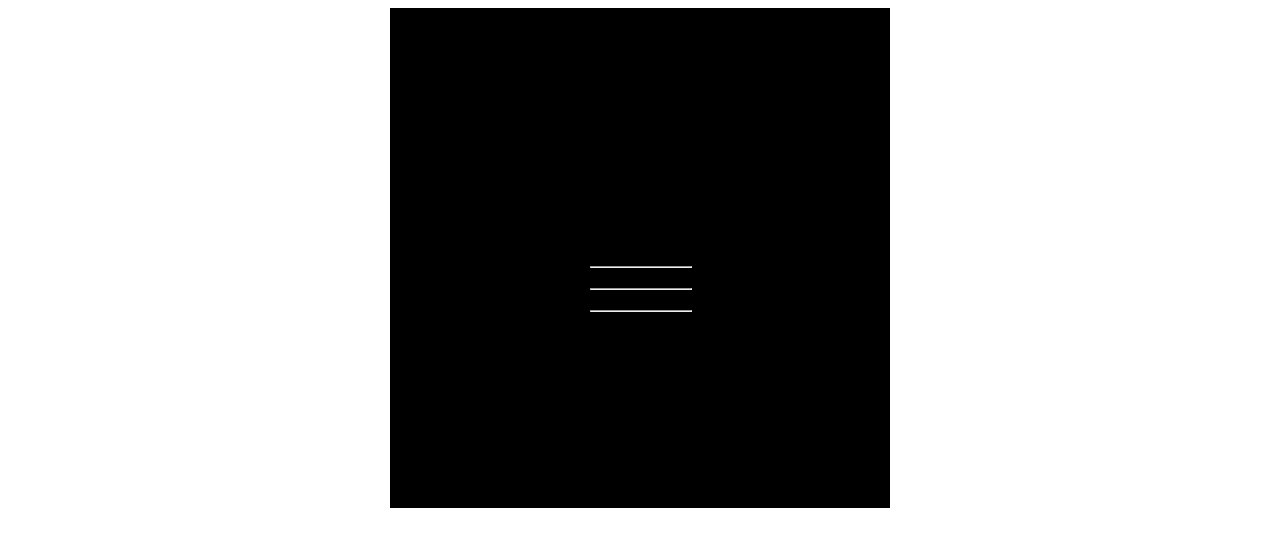
Repository: batonAnton/Hw-Lec10-animation
Page: index.html
An editor plug-in stored every save of this project. The page is shown before and after the next save, followed by the edit.
The browser window is 1280 px wide. The pictures show the whole page.

Above is the page before, as saved 2022-07-16 14:53:56.

After the next save:
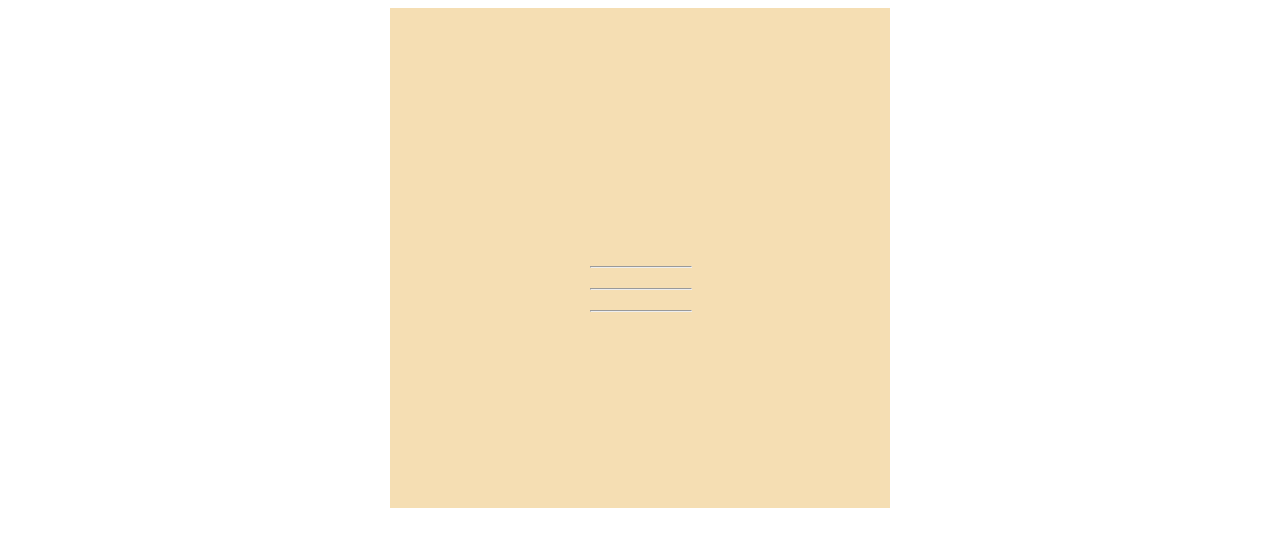
Saved 2 min 50 s later.
--- a/css/style.css
+++ b/css/style.css
@@ -60,3 +60,20 @@ hr{
     transition: all 0.3s ease-in-out;
     transform: translateY(-26px) translateX(0px) rotate(-45deg);
 }
+
+/* circle */
+
+.allcircle{
+    background-color: wheat;
+    height: 500px;
+    width: 500px;
+    display: flex;
+    justify-content: center;
+    align-items: c;
+}
+.circle{
+    border-radius: 50%;
+    width: 25px;
+    height: 25px;
+    background-color: rgb(46, 111, 49);
+}
